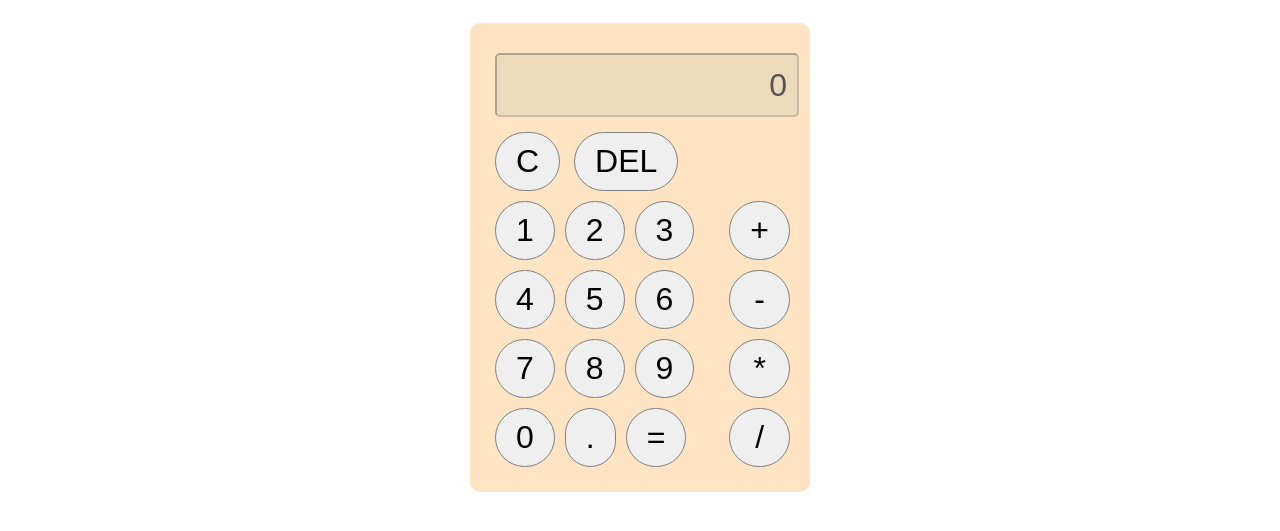
Repository: jaskeat/Calculator
Page: index.html
The author's editor kept a copy of each file at every save. The page is drawn from the files as they stood at one save, then again after the next save.
The browser window is 1280 px wide. The pictures show the whole page.

Above is the page before, as saved 2024-09-05 13:28:21.

### index.html
<!DOCTYPE html>
<html lang="en">
	<head>
		<meta charset="UTF-8" />
		<meta name="viewport" content="width=device-width, initial-scale=1.0" />
		<title>Calculator</title>
		<link rel="stylesheet" href="style.css" />
	</head>
	<body>
		<div class="calculator">
			<div class="display">
				<input type="text" class="display-input" value="0" disabled />
			</div>

			<div class="extrabtn">
				<button class="btn" onclick="clearDisplay()">C</button>
				<button class="btn" onclick="deleteLast()">DEL</button>
			</div>

			<div class="buttons">
				<div class="operators">
					<button class="btn" onclick="append('+')">+</button>
					<button class="btn" onclick="append('-')">-</button>
					<button class="btn" onclick="append('*')">*</button>
					<button class="btn" onclick="append('/')">/</button>
				</div>

				<div class="numbers">
					<button class="btn" onclick="append('1')">1</button>
					<button class="btn" onclick="append('2')">2</button>
					<button class="btn" onclick="append('3')">3</button>
					<button class="btn" onclick="append('4')">4</button>
					<button class="btn" onclick="append('5')">5</button>
					<button class="btn" onclick="append('6')">6</button>
					<button class="btn" onclick="append('7')">7</button>
					<button class="btn" onclick="append('8')">8</button>
					<button class="btn" onclick="append('9')">9</button>
					<button class="btn" onclick="append('0')">0</button>
					<button class="btn" onclick="append('.')">.</button>
					<button class="btn" onclick="calculate()">=</button>
				</div>
			</div>
		</div>
		<script src="script.js"></script>
	</body>
</html>

### style.css
body {
	display: flex;
	justify-content: center;
	align-items: center;
}

.calculator {
	width: 300px;
	max-width: 600px;
	height: auto;
	margin: 15px;
	padding: 20px;
	background-color: bisque;
	border-radius: 10px;
}

button {
	border-radius: 30px;
	border: 1px grey solid;
	font-size: 1.3rem;
}

button:hover {
	background-color: lightgrey;
	cursor: pointer;
}

input {
	width: 280px;
	height: 50px;
	font-size: 2rem;
	text-align: right;
	border-radius: 5px;
	margin: 10px 5px;
	background-color: rgb(237, 218, 187);
	padding: 5px 10px;
}

.operators {
	display: flex;
	flex-direction: column;
	width: auto;
}

.operators button {
	width: auto;
	height: auto;
	margin: 5px 0;
}

.numbers {
	display: flex;
	flex-wrap: wrap;
	height: auto;
	width: 250px;
}

.buttons {
	display: flex;
	flex-direction: row-reverse;
	justify-content: space-between;
	font-size: 2rem;
}

.btn {
	font-size: 2rem;
	padding: 10px 20px;
	margin: 5px;
}

Loaded but not shown: script.js (no copy from this time; the picture is the same without it)

After the next save:
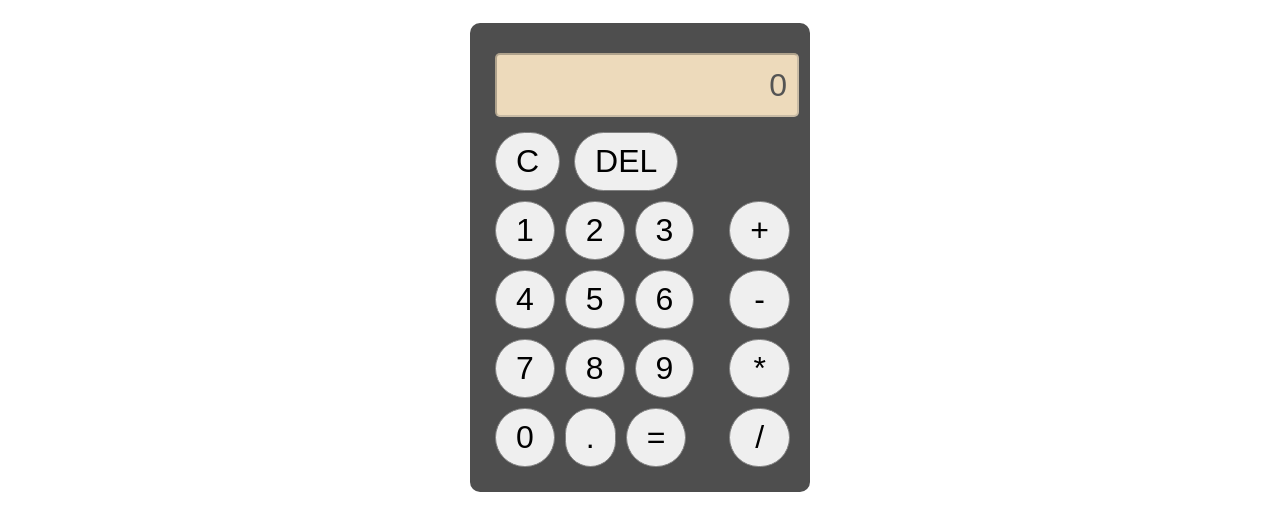
Saved 22 s later.
--- a/style.css
+++ b/style.css
@@ -10,7 +10,7 @@ body {
 	height: auto;
 	margin: 15px;
 	padding: 20px;
-	background-color: bisque;
+	background-color: rgb(78, 78, 78);
 	border-radius: 10px;
 }
 
